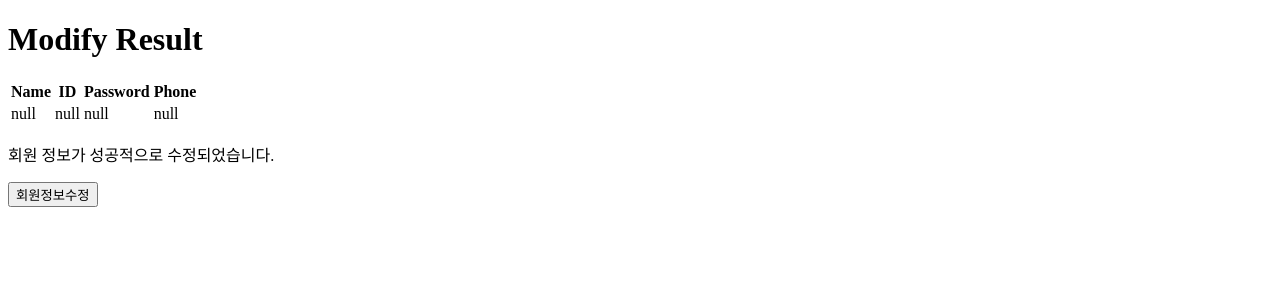
Repository: i-kemen/jsp
Page: http://localhost/WebTest/modifyResult.jsp
These files come from the project's save history. The page is drawn as it stood at one moment and after the next save; the edit follows.
The browser window is 1280 px wide. The pictures show the whole page.
The page is served by Tomcat 10.

Above is the page before, as saved 2023-06-22 11:07:47.

After the next save:
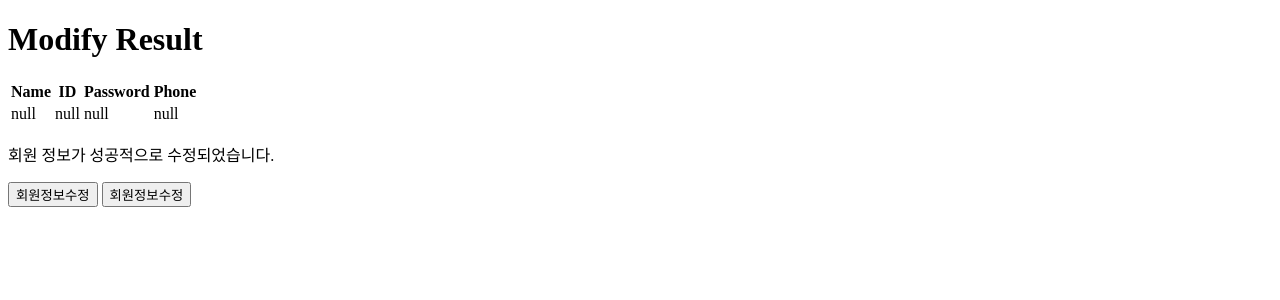
Saved 11 min 15 s later.
--- a/WebTest/src/main/webapp/modifyResult.jsp
+++ b/WebTest/src/main/webapp/modifyResult.jsp
@@ -31,6 +31,7 @@
 </script>
 
 <button onclick="goToModifyPage()">회원정보수정</button>
+<button onclick="goToModifyPage()">회원정보수정</button>
 
 </body>
 </html>
